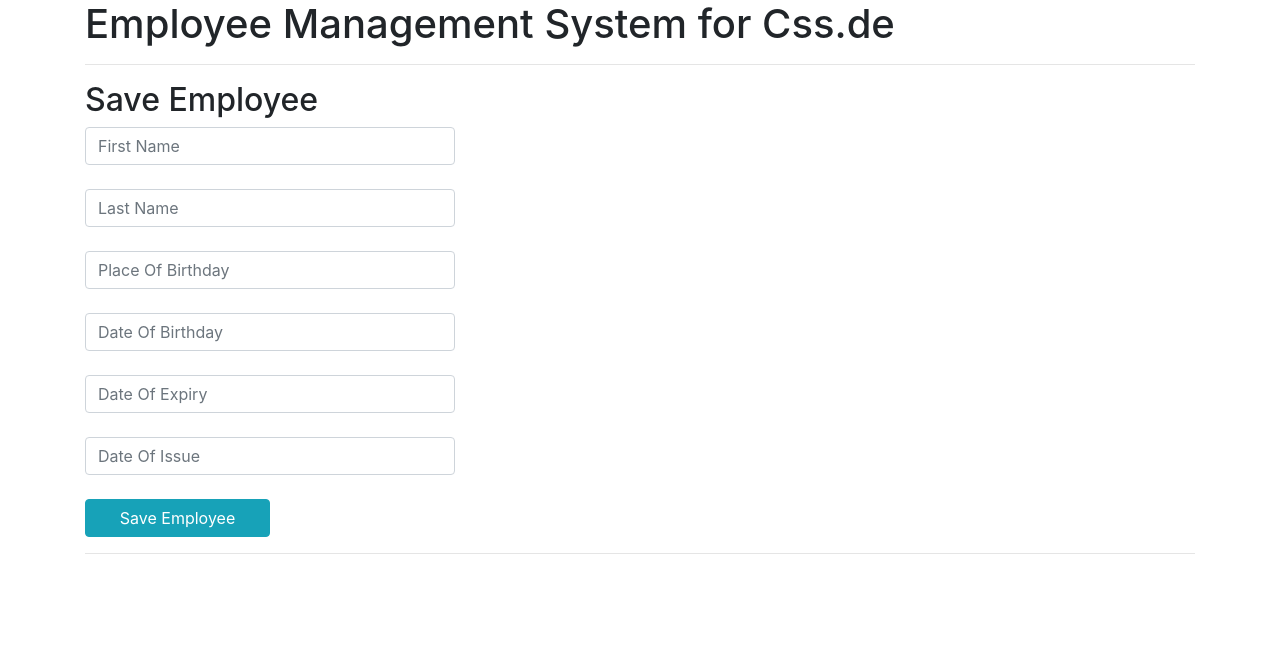
Repository: Len2/Topic4
Page: src/main/resources/templates/newIdCard.html
These files come from the project's save history. The page is drawn as it stood at one moment and after the next save; the edit follows.
The browser window is 1280 px wide. The pictures show the whole page.

Above is the page before, as saved 2020-09-06 17:47:39.

### src/main/resources/templates/newIdCard.html
<!DOCTYPE html>
<html lang="en" xmlns:th="http://www.thymeleaf.org">
<head>
<meta charset="ISO-8859-1">
<title>Employee Management System for Css.de</title>
<link rel="stylesheet"
	href="https://stackpath.bootstrapcdn.com/bootstrap/4.1.3/css/bootstrap.min.css"
	integrity="sha384-MCw98/SFnGE8fJT3GXwEOngsV7Zt27NXFoaoApmYm81iuXoPkFOJwJ8ERdknLPMO"
	crossorigin="anonymous">
</head>
<body>
	<div class="container">
		<h1>Employee Management System for Css.de</h1>
		<hr>
		<h2>Save Employee</h2>

		<form action="#" th:action="@{/saveIdCard}" th:object="${identity_card}"
            method="POST">

            <!-- <input type="text" th:field="*{id}" /> -->
			<input type="text" th:field="*{firstName}"
            placeholder="First Name" class="form-control mb-4 col-4">

            <input type="text" th:field="*{lastName}"
            placeholder="Last Name" class="form-control mb-4 col-4">

            <input type="text" th:field="*{placeOfBirthday}"
            placeholder="Place Of Birthday" class="form-control mb-4 col-4">

            <input type="datetime" th:field="*{dateOfBirthday}"
            placeholder="Date Of Birthday" class="form-control mb-4 col-4">

            <input type="datetime" th:field="*{dateOfExpiry}"
            placeholder="Date Of Expiry" class="form-control mb-4 col-4">

            <input type="datetime" th:field="*{dateOfIssue}"
            placeholder="Date Of Issue" class="form-control mb-4 col-4">

				<button type="submit" class="btn btn-info col-2"> Save Employee</button>
		</form>

		<hr>

		<!-- <a th:href = "@{/}"> Back to Employee List</a> -->
	</div>
</body>
</html>

After the next save:
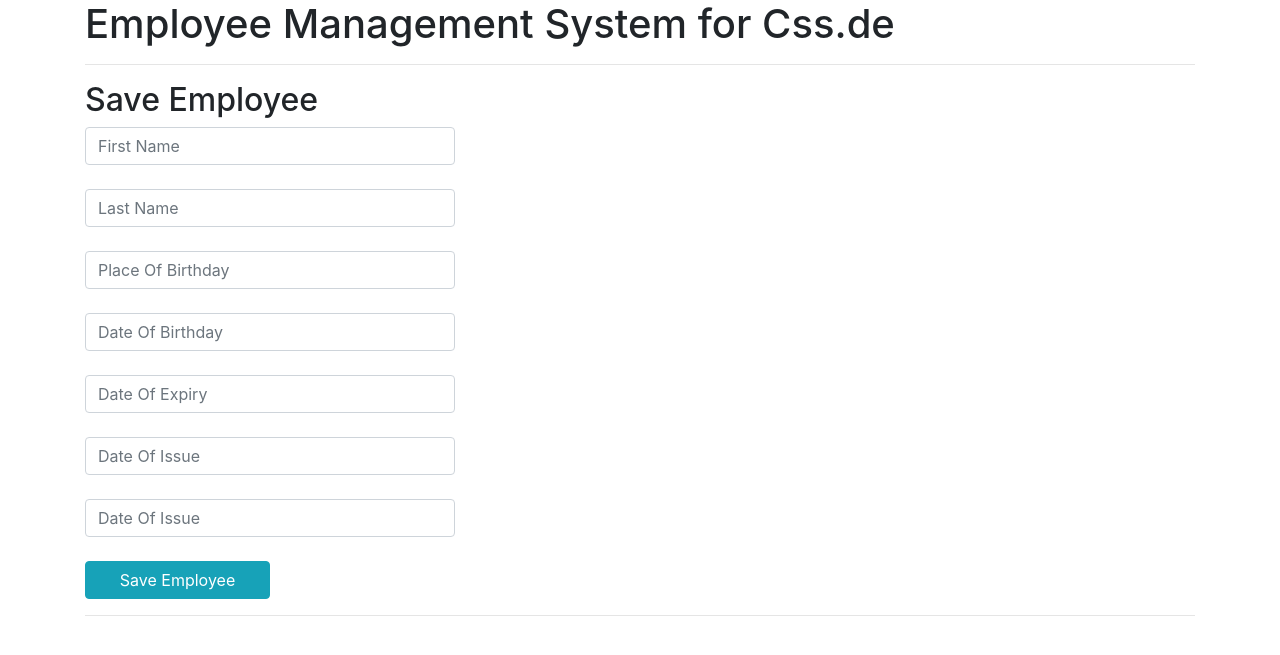
Saved 8 s later.
--- a/src/main/resources/templates/newIdCard.html
+++ b/src/main/resources/templates/newIdCard.html
@@ -36,6 +36,9 @@
             <input type="datetime" th:field="*{dateOfIssue}"
             placeholder="Date Of Issue" class="form-control mb-4 col-4">
 
+            <input type="datetime" th:field="*{dateOfIssue}"
+            placeholder="Date Of Issue" class="form-control mb-4 col-4">
+
 				<button type="submit" class="btn btn-info col-2"> Save Employee</button>
 		</form>
 
